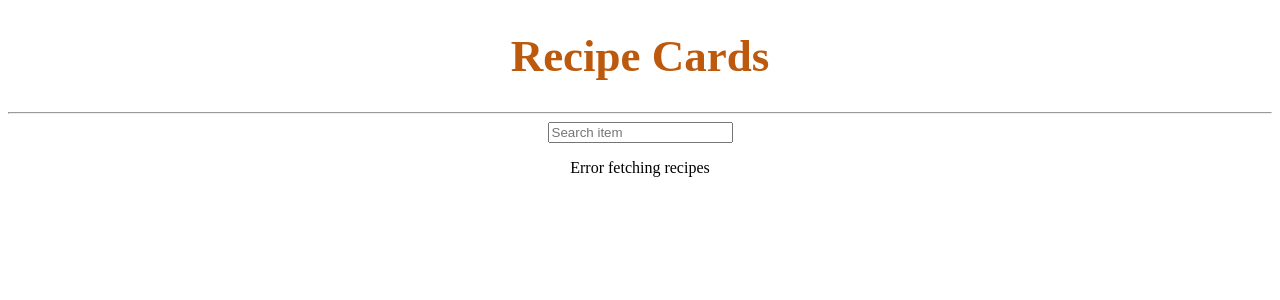
Repository: SharonSebastian32/food-search-filter-
Page: index.html
These files come from the project's save history. The page is drawn as it stood at one moment and after the next save; the edit follows.
The browser window is 1280 px wide. The pictures show the whole page.
The page's requests for data from a server got no answer.

Above is the page before, as saved 2024-10-11 12:21:52.

### index.html
<!DOCTYPE html>
<html lang="en">
  <head>
    <meta charset="UTF-8" />
    <meta name="viewport" content="width=device-width, initial-scale=1.0" />
    <title>Recipe Cards</title>
    <style>
      .card {
        border: 1px solid #ddd;
        border-radius: 10px;
        margin: 20px;
        box-shadow: 0 4px 8px rgba(0, 0, 0, 0.1);
        width: 300px;
        display: inline-block;
        vertical-align: top;
      }
      .card img {
        width: 100%;
        border-radius: 10px;
       }
      .card h2 {
        font-size: 24px;
        margin: 0 0 10px 0;
        padding: 10px;
      }
      .card p {
        margin: 5px 0;
                padding: 10px;

      }
      .card hr {
        margin: 20px 0;
        border: none;
        border-top: 1px solid #ddd;
      }
      .card-container {
        display: flex;
        flex-direction: row;
        flex-wrap: wrap;
        justify-content: space-around;
      }
      #head1 {
        color: rgb(189, 89, 12);
        font-size: 45px;
        font-weight: 600;
        text-align: center;
      }
    </style>
  </head>
  <body>
    <h1 id="head1">Recipe Cards</h1>
    <hr />
    <div style="align-items: center; justify-content: center">
      <center><input type="text" placeholder="Search item " /></center>
    </div>

    <div id="recipe-root" class="card-container"></div>

    <script src="./index.js"></script>
  </body>
</html>

### index.js
// Fetch data from the DummyJSON API for recipes
fetch("https://dummyjson.com/recipes")
  .then((response) => response.json())
  .then((data) => {
    const recipeContainer = document.getElementById("recipe-root");
    let recipeContent = "";

     data.recipes.forEach(function (recipe) {
      recipeContent += `
        <div class="card">
          <img src="${recipe.image}" alt="${recipe.name}">
          <h2>${recipe.name}</h2>
          <p><strong>Cuisine:</strong> ${recipe.cuisine}</p>
          <p><strong>Ingredients:</strong> ${recipe.ingredients.join(", ")}</p>
        </div>
      `;
    });

     recipeContainer.innerHTML = recipeContent;
  })
  .catch((error) => {
    console.error("Error fetching recipes:", error); // Log any errors
    const recipeContainer = document.getElementById("recipe-root");
    recipeContainer.innerHTML = "<p>Error fetching recipes</p>"; // Show an error message on the page
  });

After the next save:
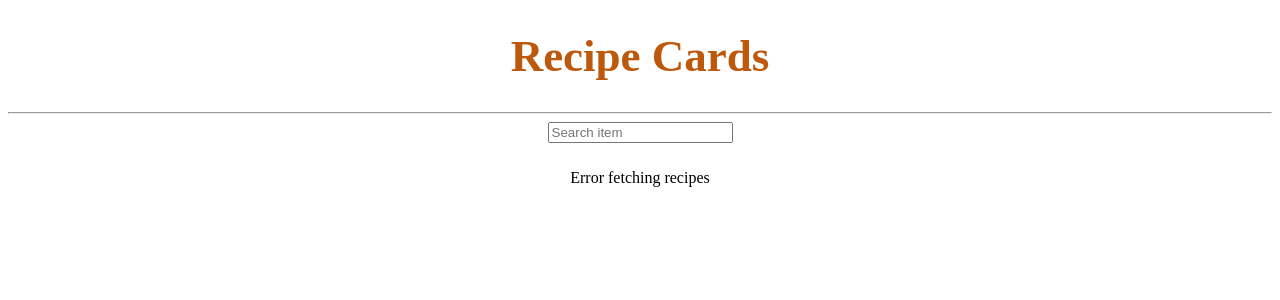
Saved 4 s later.
--- a/index.html
+++ b/index.html
@@ -17,7 +17,7 @@
       .card img {
         width: 100%;
         border-radius: 10px;
-       }
+      }
       .card h2 {
         font-size: 24px;
         margin: 0 0 10px 0;
@@ -25,8 +25,7 @@
       }
       .card p {
         margin: 5px 0;
-                padding: 10px;
-
+        padding: 10px;
       }
       .card hr {
         margin: 20px 0;
@@ -38,6 +37,7 @@
         flex-direction: row;
         flex-wrap: wrap;
         justify-content: space-around;
+        padding: 10px;
       }
       #head1 {
         color: rgb(189, 89, 12);
